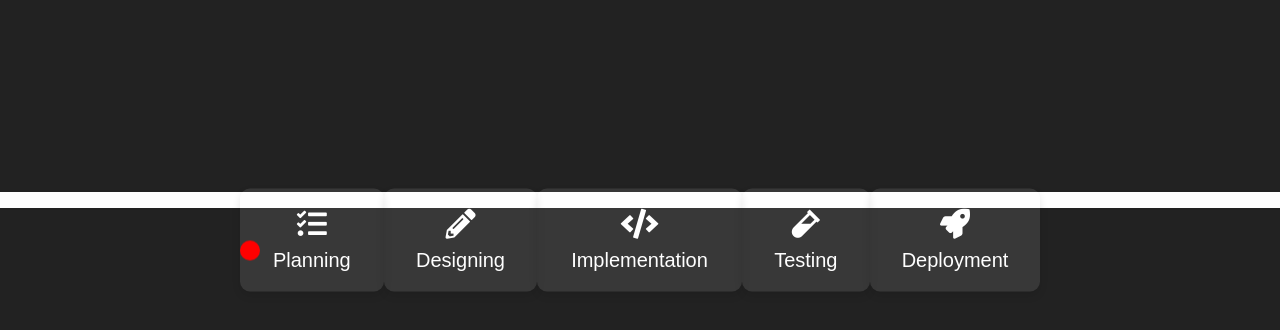
Repository: itsquadian/IT-SQUADIAN
Page: try.html
The author's editor kept a copy of each file at every save. The page is drawn from the files as they stood at one save, then again after the next save.
The browser window is 1280 px wide. The pictures show the whole page.

Above is the page before, as saved 2024-04-13 20:09:42.

After the next save:
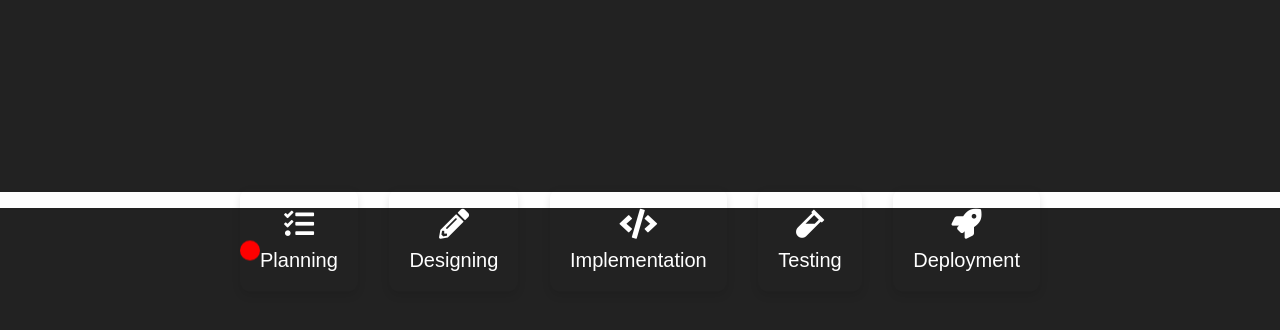
Saved 63 s later.
--- a/try.html
+++ b/try.html
@@ -51,7 +51,6 @@
         text-align: center;
         opacity: 0;
         animation: appear 5s linear forwards;
-        background-color: rgba(255, 255, 255, 0.1);
         padding: 20px;
         border-radius: 10px;
         box-shadow: 0 4px 8px rgba(0, 0, 0, 0.1);
@@ -99,23 +98,23 @@
     <div class="steps">
         <div class="step">
             <i class="fas fa-tasks"></i>
-            Planning
+            <br>Planning
         </div>
         <div class="step">
             <i class="fas fa-pencil-alt"></i>
-            Designing
+            <br>Designing
         </div>
         <div class="step">
             <i class="fas fa-code"></i>
-            Implementation
+            <br>Implementation
         </div>
         <div class="step">
             <i class="fas fa-vial"></i>
-            Testing
+            <br>Testing
         </div>
         <div class="step">
             <i class="fas fa-rocket"></i>
-            Deployment
+            <br>Deployment
         </div>
         <div class="ball"></div>
     </div>
